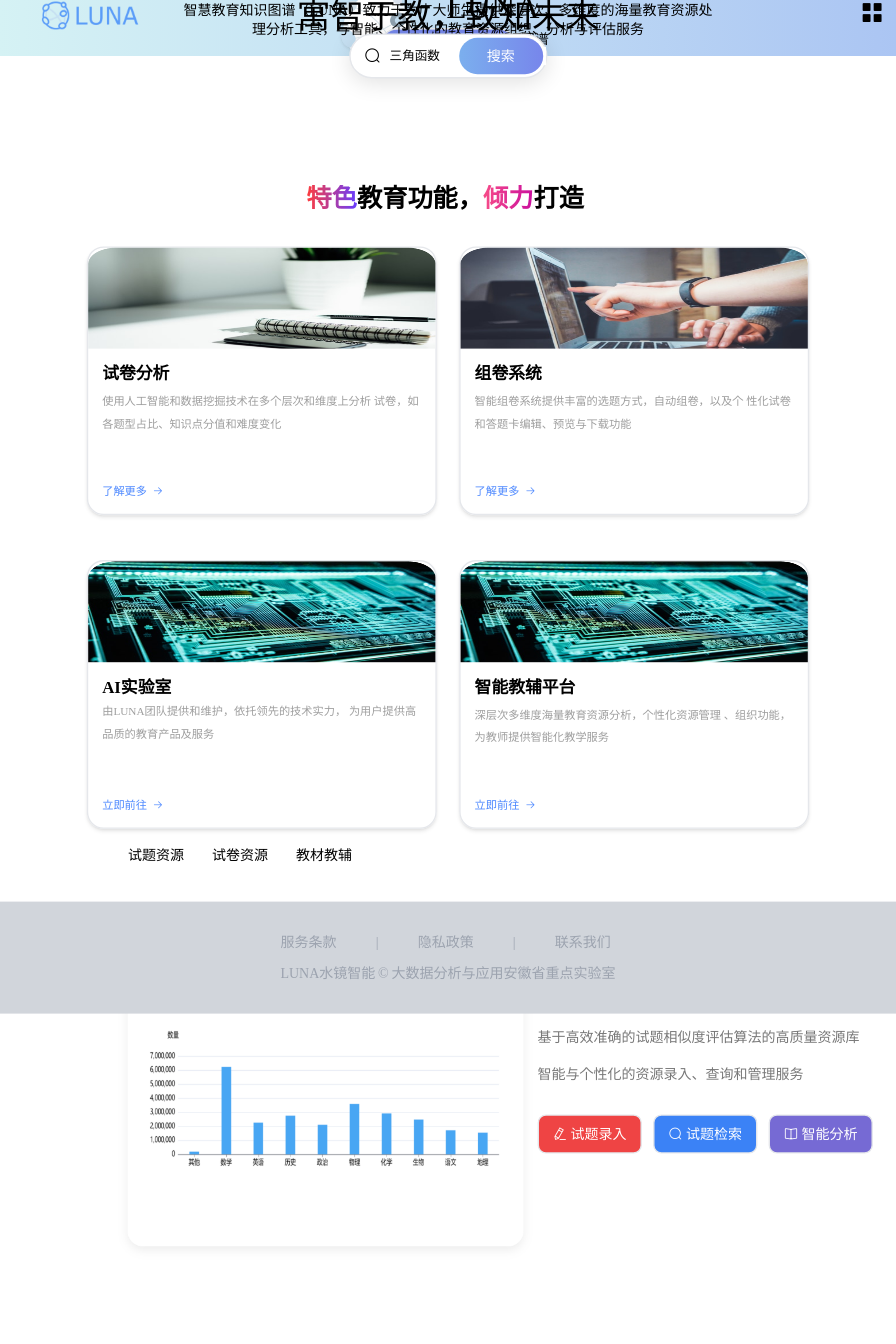
Repository: xydzy1/vue-start
Page: /
An editor plug-in stored every save of this project. The page is shown before and after the next save, followed by the edit.
The browser window is 1280 px wide. The pictures show the part of the page from y = 0 to 1920 px (the page is 3100 px tall), at 70% of full size.
The project was rebuilt for these pictures with package versions that can differ from the ones it lists, and the page was loaded fresh each time. Also part of the build but not shown: vite.config.js, vue.config.cjs, src/assets/part1.css.

Above is the page before, as saved 2023-08-11 17:40:57.

### index.html
<!doctype html>
<html lang="en">
  <head>
    <meta charset="UTF-8" />
    <link rel="icon" type="image/svg+xml" href="/vite.svg" />
    <meta name="viewport" content="width=device-width, initial-scale=1.0" />
    <title>Vite App</title>
  </head>
  <body>
    <div id="app"></div>
    <script type="module" src="./src/main.js"></script>
  </body>
</html>

### src/main.js
// main.js
import Vue from "vue";
import VueRouter from 'vue-router'
import router from './router'
import App from "./App.vue"
import axios from 'axios'
import './style/tailwind.css'
import ElementUI from "element-ui"
import 'element-ui/lib/theme-chalk/index.css'
import './assets/part1.css'



Vue.use(ElementUI)
Vue.use(VueRouter);

new Vue({
   router,
   el: "#app",
   render: (h) => h(App)
}).$mount();

### src/router/index.js
import Vue from 'vue'
import VueRouter from 'vue-router'

Vue.use(VueRouter)

const routes=[
    {
        path: '/',
        redirect: 'new_homepage',
    },
    {
        path: '/new_homepage',
        name: 'new_homepage',
        component: () => import('../components/main.vue'),
    },
    {
        path: '/hello',
        name: 'hello',
        component: () => import('../components/hello.vue'),
    }
]

const router = new VueRouter({
    mode: 'history',
    routes
  })

export default router

### src/App.vue
<template>
	<div>
		<router-view/>
	</div>
</template>

<script>

</script>

### src/components/main.vue
<template>
	<div class="font-Sara items-center overflow-x-hidden">
		<part1/>
		<part2/>
		<part3/>
		<part4/>
	</div>
</template>

<style scoped>

</style>

<script>
	import part1 from './all_part/part1.vue'
	import part2 from './all_part/part2.vue'
	import part3 from './all_part/part3.vue'
	import part4 from './all_part/part4.vue'
	export default{
		data() {
			return {}
		},
		methods:{},
		created(){
		},
		components:{part1,part2,part3,part4},
	}
	//导航栏响应滚动变色
	window.onscroll=function(){
		var topScroll =window.pageYOffset;
		console.log(topScroll)
		var nav=document.getElementById("nav");
		if(topScroll>120){
			nav.style.backgroundColor = 'rgba(255,255,255,0.75)';
			nav.style.backdropFilter = 'blur(24px)';
		}
		else{
			nav.style.backgroundColor = '';
			nav.style.backdropFilter = '';
		}
	}

</script>

### src/components/all_part/part1.vue
<template>
    <div>
        <div class="w-full max-w-1280 px-10 py-10 minw:px-5 minw:py-5 absolute flex items-center justify-center h-p1_1_nh minw:h-p1_1_wh bg-gradient-to-r from-p1_c3 from-0% via-p1_c2 via-45% to-p1_c1 to-100% bg-opacity-100">
			<div class="fixed flex flex-row top-0 w-full z-50 transition duration-300 py-nav_py" id="nav">
				<span class="flex-none pl-14">
					<img src="../../image/logo.png" class="w-36 h-11" >
				</span>
				<span class="flex-1"></span>
				<span class="hidden flex-none minw:flex flex-row flex-nowrap max-w-1280 mx-14 text-xl font-medium">
					<button class="pr-3 hover:text-blue-400">首页</button>
					<button class="pr-3 ml-6 hover:text-blue-400">功能</button>
					<button v-for="item in ['AI实验室','成员']" class="ml-6 pr-3 hover:text-blue-400">{{ item }}</button>
					<span class="ml-6 mt-2">|</span>
					<button class="ml-6 hover:text-blue-400 ">登录</button>
					<button class="border-login_cborder border-2 rounded-full pl-4 pr-4 ml-6 py-2 hover:text-blue-400 ">注册</button>
				</span>
				<span class="flex-1 minw:hidden">
					<button class="hover:text-blue-400 text-4xl absolute right-4"><i class="el-icon-menu"></i></button>
				</span>
			</div>
			<div class="absolute flex flex-row max-w-1280 bottom-logo_bottom">
				<span class="flex-none">
					<img src="../../image/logo2.png" class="w-32 h-32">
				</span>
				<span class="mx-3 py-2.5">
					<h1 class="text-5xl font-medium px-5">LUNA</h1>
					<h2 class="text-xl font-normal text-center max-w-760 mt-2">智慧教育知识图谱</h2>
				</span>
			</div>
			<div class="absolute flex flex-row shadow-p1_shadow max-w-1280 border-2 rounded-full w-auto minw:w-160 h-16 mx-15 minw:mx-0 bg-white items-center bottom-0 -bottom-8 z-40">
				<i class="el-icon-search text-2xl ml-5 mr-3 my-4.5"></i>
				<div class="w-search_frame_narrow minw:w-search_frame_wide">
					<input type="text" class="my-search_frame_my flex-none text-left text-4.5 font-medium w-search_frame_narrow minw:w-search_frame_wide flex-none outline-none z-1" placeholder="在此输入知识点名称" v-model="serchinfo">
				</div>
				<div class="absolute right-0 shadow-p1_shadow2 border-1 rounded-full px-0 py-0 mr-1">
					<button @click='hello' class="shadow-p1_shadow2 transition duration-300 text-center border-1 rounded-full px-10 py-3 z-2 text-white text-xl font-normal bg-gradient-to-r from-p1_cbutton1 to-p1_cbutton2">
					搜索
				</button>
				</div>
			</div>
		</div>
        <div class="w-full max-w-1280 absolute flex items-center justify-center h-p1_2_nh minw:h-p1_2_wh mt-p1_1_nh minw:mt-p1_1_wh">
			    <div class="absolute top-10">
				    <button @click="hello" class="transition duration-300 border-2 rounded-full pl-10 pr-10 pt-3 pb-3 bg-gradient-to-t from-p1_cbutton1 to-p1_cbutton2 text-white text-xl font-normal">
					    vue-router-api
				    </button>
			    </div>
			    <div class="flex-none absolute top-1/3 w-760 text-center text-5xl font-medium">
				    寓智于教，致知未来
			    </div>
			    <div class="flex-none absolute flex top-1/2 w-760 text-center text-xl font-normal">
					智慧教育知识图谱（LUNA）致力于为广大师生提供深层次、多维度的海量教育资源处理分析工具，与智能、个性化的教育资源组织、分析与评估服务
			    </div>
		</div>
    </div>
</template>


<style scoped>
	button:active{
		transform: scale(.95);
	}
	button:hover{
		filter: brightness(.9);
	}
</style>

<script>
    export default{
        name: 'part1',
        data() {
			return {
				serchinfo: '三角函数',
			}
		},
		methods:{
			hello() {
				this.$router.replace('/hello');
			},
		},
    }
</script>

### src/components/all_part/part2.vue
<template>
    <div class="container absolute flex items-center justify-center max-w-full h-1000 mt-1000">
			<div class="absolute top-0 left-1/3 xl:top-52 xl:left-3/5 flex-none basis-3/5">
					<span class="absolute top-28 w-125 text-4xl font-bold">
						<span class="bg-gradient-to-r from-p2_cword1_1 to-p2_cword1_2 inline-block bg-clip-text text-transparent">海量</span>
						<span >教学资源，</span>
						<span class="bg-gradient-to-r from-p2_cword2_1 to-p2_cword2_2 inline-block bg-clip-text text-transparent">智能</span>
						<span>处理</span>
					</span>
					<ul class="absolute top-52 w-125 text-xl font-normal text-p3_cword4">
						<li>海量标准化、体系化的教学资源</li>
						<li class="pt-6">基于高效准确的试题相似度评估算法的高质量资源库</li>
						<li class="pt-6">智能与个性化的资源录入、查询和管理服务</li>
					</ul>
					<span class="absolute flex flex-row top-96 w-125 text-xl text-white font-normal">
						<button class="bg-red-500 pt-3 pb-3 pl-5 pr-5 mr-4 border-2 rounded-xl"><i class="el-icon-edit"></i> 试题录入</button>
						<button class="bg-blue-500 pt-3 pb-3 pl-5 pr-5 mr-4 border-2 rounded-xl"><i class="el-icon-search"></i> 试题检索</button>
						<button class="bg-p2_cbutton pt-3 pb-3 pl-5 pr-5 border-2 rounded-xl"><i class="el-icon-reading"></i> 智能分析</button>
					</span>
			</div>
			<div class="absolute flex flex-row xl:top-52 top-125 left-1/3 xl:left-1/7 text-xl font-semibold">
				<button class="flex-none basis-1/3">试题资源</button>
				<button class="flex-none basis-1/3 pl-10">试卷资源</button>
				<button class="flex-none basis-1/3 pl-10">教材教辅</button>
			</div>
			<div class="absolute flex xl:top-72 top-140 left-1/4 xl:left-1/8 max-w-1280">
				<div class="flex-none basis-2/5">
					<img src="../../image/data.png" class="w-152.5 h-130">
				</div>
			</div>
	</div>
</template>

<script>
    export default{
        name: 'part2'
    }
</script>

### src/components/all_part/part3.vue
<template>
    <div class="container pt-45 pb-45 pl-20 pb-20 absolute flex flex-row max-w-full h-1500 xl:h-1000 mt-2100 bg-gradient-to-r from-p3_c1 to-p3_c2">
			<div class="xl:mt-41.5 xl:mb-41.5 xl:mr-41.5 xl:left-1/8 basis-2/5 flex-none absolute left-1/3">
				<div class="top-80 basis-2/5 flex flex-col">
					<span class="flex-none basis-1/5 w-125 h-8 text-4xl font-bold">
						<span class="bg-gradient-to-r from-p3_cword1_1 to-p3_cword1_2 inline-block bg-clip-text text-transparent">
							多元
						</span>
						<span>知识点，</span>
						<span class="bg-gradient-to-r from-p3_cword2_1 to-p3_cword2_2 inline-block bg-clip-text text-transparent">
							直观
						</span>
						<span>呈现</span>
					</span>
					<ul class="flex-none basis-3/5 text-xl font-normal mt-14 text-p3_cword4">
						<li>知识点智能化组织与展示</li>
						<li class="pt-6">结构清晰，辅助学生梳理知识</li>
						<li class="pt-6">前驱后继、共同学习和层级关系三种知识关系展示</li>
					</ul>
					<span class="flex-none basis-1/5 mt-10 text-white text-xl font-normal">
						<button class="bg-p3_cbutton pl-4 pr-6 pt-3 pb-3 border-2 rounded-xl"><i class="el-icon-right pr-2"></i>立即前往</button>
					</span>
				</div>
			</div>
			<div class="flex basis-3/5 items-center w-2/5 justify-center ml-10 mt-125 mb-11 pl-8 pr-8 absolute left-1/3 xl:left-1/2 xl:mt-11">
					<div class="flex-none px-8 flex flex-col border-2 rounded-3xl shadow-p3_shadow bg-white z-0">
						<span class="flex-none basis-3/5">
							<img src="../../image/triangle.png" class="w-114 h-80">
							<img src="../../image/triangle2.png" class="relative left-2/3 w-16 h-28">
						</span>
						<span class="basis-2/5 pb-8 mt-8 flex flex-col flex-none">
							<span class="text-2xl font-bold basis-2/5">三角函数</span>
							<span class="text-xl font-normal basis-1/5 text-p3_cword3 mt-6 leading-8">
								<p>三角函数是基本初等函数之一，是以角度（数学上最常</p>
								<p>用弧度制，下同）为自变量，角度对应任意角终边与单</p>
								<p>位圆交点坐标或其比值为因变量的函数...</p>
							</span>
						</span>
					</div>
			</div>
	</div>
</template>

<script>
    export default{
        name: 'part2'
    }
</script>

### src/components/all_part/part4.vue
<template>
    <div class="transtion duration-200 ease-in-out">
        <div class="py-66 px-20 absolute flex flex-col w-full max-w-1280 h-auto md:h-1160 mt-p4_mt2 minw:mt-p4_mt1 items-center justify-center">
			<div class="flex-none flex text-4xl ml-24 minw:ml-0 font-bold w-125 ">
				<span class="bg-gradient-to-r from-p4_cword1_1 to-p4_cword1_2 inline-block bg-clip-text text-transparent">
					特色
				</span>
				<span>教育功能，</span>
				<span class="bg-gradient-to-r from-p4_cword2_1 to-p4_cword2_2 inline-block bg-clip-text text-transparent">
					倾力
				</span>
				<span>打造</span>
			</div>
			<div class="flex flex-col minw:flex-row mt-12">
				<div class="flex-none flex flex-col md:flex-row">
					<div class="relative transform hover:-translate-y-4 flex-none flex flex-col w-125 minw:w-72 h-96 border-2 rounded-3xl shadow-md mx-4">
						<span>
							<img src="../../image/p4-1.png" class="w-full minw:w-72 h-36 hover:mt-4">
						</span>
						<span class="text-2xl font-bold mt-5 mx-5">试卷分析</span>
						<span class="text-p3_cword3 leading-8 mt-2 mx-5 font-normal">
							<p>使用人工智能和数据挖掘技术在多个层次和维度上分析
							试卷，如各题型占比、知识点分值和难度变化</p>
						</span>
						<span class="absolute bottom-5">
							<button class="text-p4_cbutton pl-5 pt-2">了解更多<i class="el-icon-right pl-2"></i></button>
						</span>
					</div>
					<div class="relative transform hover:-translate-y-4 flex-none flex flex-col w-125 minw:w-72 h-96 border-2 rounded-3xl shadow-md mx-4 mt-16 md:mt-0">
						<span>
							<img src="../../image/p4-2.png" class="w-full minw:w-72 h-36">
						</span>
						<span class="text-2xl font-bold mt-5 mx-5">组卷系统</span>
						<span class="text-p3_cword3 leading-8 mt-2 mx-5 font-normal">
							<p>智能组卷系统提供丰富的选题方式，自动组卷，以及个
								性化试卷和答题卡编辑、预览与下载功能</p>
						</span>
						<span class="absolute bottom-5">
							<button class="text-p4_cbutton pl-5 pt-2">了解更多<i class="el-icon-right pl-2"></i></button>
						</span>
					</div>
				</div>
				<div class="flex flex-col md:flex-row">
					<div class="relative transform hover:-translate-y-4 flex-none flex flex-col w-125 minw:w-72 h-96 border-2 rounded-3xl shadow-md mx-4 mt-16 minw:mt-0">
						<span>
							<img src="../../image/p4-3.png" class="w-full minw:w-72 h-36">
						</span>
						<span class="p-5">
							<span class="text-2xl font-bold">AI实验室</span>
							<span class="text-p3_cword3 leading-8 mt-2 font-normal">
								<p>由LUNA团队提供和维护，依托领先的技术实力，
									为用户提供高品质的教育产品及服务</p>
							</span>
							<span class="absolute bottom-5">
								<button class="text-p4_cbutton pt-2">立即前往<i class="el-icon-right pl-2"></i></button>
							</span>
						</span>
					</div>
					<div class="relative transform hover:-translate-y-4 flex-none flex flex-col w-125 minw:w-72 h-96 border-2 rounded-3xl shadow-md mx-4 mt-16 minw:mt-0">
						<span>
							<img src="../../image/p4-3.png" class="w-full minw:w-72 h-36">
						</span>
						<span class="text-2xl font-bold mt-5 mx-5">智能教辅平台</span>
						<span class="text-p3_cword3 leading-8 mt-2 mx-5 font-normal">
							<p>深层次多维度海量教育资源分析，个性化资源管理
								、组织功能，为教师提供智能化教学服务</p>
						</span>
						<span class="absolute bottom-5">
							<button class="text-p4_cbutton pl-5 pt-2">立即前往<i class="el-icon-right pl-2"></i></button>
						</span>
					</div>
				</div>
			</div>
			<div class="w-full max-w-1280 py-8 px-72 absolute bottom-0 flex h-40 bg-gray-300 items-center justify-center">
			<div class="flex-none flex flex-col">
				<span class="flex flex-row text-gray-400 text-xl font-normal">
					<span>服务条款</span>
					<span class="ml-14">|</span>
					<span class="ml-14">隐私政策</span>
					<span class="ml-14">|</span>
					<span class="ml-14">联系我们</span>
				</span>
				<span class="flex flex-row text-gray-400 text-xl font-normal pt-4">
					<span>LUNA水镜智能</span>
					<span class="ml-1">©</span>
					<span class="ml-1">大数据分析与应用安徽省重点实验室</span>
				</span>
			</div>
			</div>
		</div>
    </div>
</template>

<script>
    export default{
        name: 'part2'
    }
</script>

### tailwind.config.cjs
module.exports = {
  purge: ['./index.html', './src/**/*.{vue,js,ts,jsx,tsx}'],
  darkMode: false, // or 'media' or 'class'
  theme: {
    extend: {
      colors: {
        //background color
        p1_c1: '#ABC5F3',
        p1_c2: '#C2DEF4',
        p1_c3: '#D5F2F4',
        p3_c1: '#FFF5F5',
        p3_c2: '#DDE2F6',
        //button color
        login_cborder: '#313131',
        p1_cbutton1: '#7BAFEE',
        p1_cbutton2: '#7786EB',
        p2_cbutton: '#766AD4',
        p3_cbutton: '#6291C4',
        p4_cbutton: '#4E89FF',
        //text color
        p2_cword1_1: '#FF4848',
        p2_cword1_2: '#F0BC2D',
        p2_cword2_1: '#4CC1F7',
        p2_cword2_2: '#1A52EE',
        p3_cword1_1: '#23A1CB',
        p3_cword1_2: '#3AF4EB',
        p3_cword2_1: '#F74CBE',
        p3_cword2_2: '#1A52EE',
        p3_cword3: '#9E9E9E',
        p3_cword4: '#787878',
        p4_cword1_1: '#FF3C3C',
        p4_cword1_2: '#663CFF',
        p4_cword2_1: '#F74C88',
        p4_cword2_2: '#CA0F9E',
      },
      container: {
        center: true,
        padding: '10px',
      },
      boxShadow: {
        'p1_shadow': '0px 6px 32px 0px rgba(0, 0, 0, 0.12)',
        'p3_shadow': '0px 4px 12px 0px rgba(0, 0, 0, 0.06)',
      },
      spacing:{
        '11': '44px',
        '15': '60px',
        '41.5': '166px',
        '45': '180px',
        '66': '264px',
        '110': '440px',
        '114': '456px',
        '125': '500px',
        '130': '520px',
        '140': '560px',
        '152.5': '610px',
        '160': '640px',
        '760': '760px',
        '1000': '1000px',
        '1280': '1280px',
        '1500': '1500px',
        '2100': '2100px',
        '3100': '3100px',
        '3600': '3600px',
        '4100': '4100px',
        '4600': '4600px',
        '3/5': '60%',
        '1/7': '14.2857143%',
        '1/8': '12.5%',
      },
      flexBasis: {
        '1/7': '14.2857143%',
        '2/7': '28.5714286%',
        '4/7': '57.1428571%',
      },
      fontFamily: {
        'Sara': ['Sarasa Gothic SC'],
      },
      fontSize: {
        '4.5': ['18px', '26px'],
      },
      lineHeight: {
        '12': '3rem'
      }
    },
  },
  variants: {
    extend: {},
  },
  plugins: [],
}

Loaded but not shown: src/style/tailwind.css (common file)

After the next save:
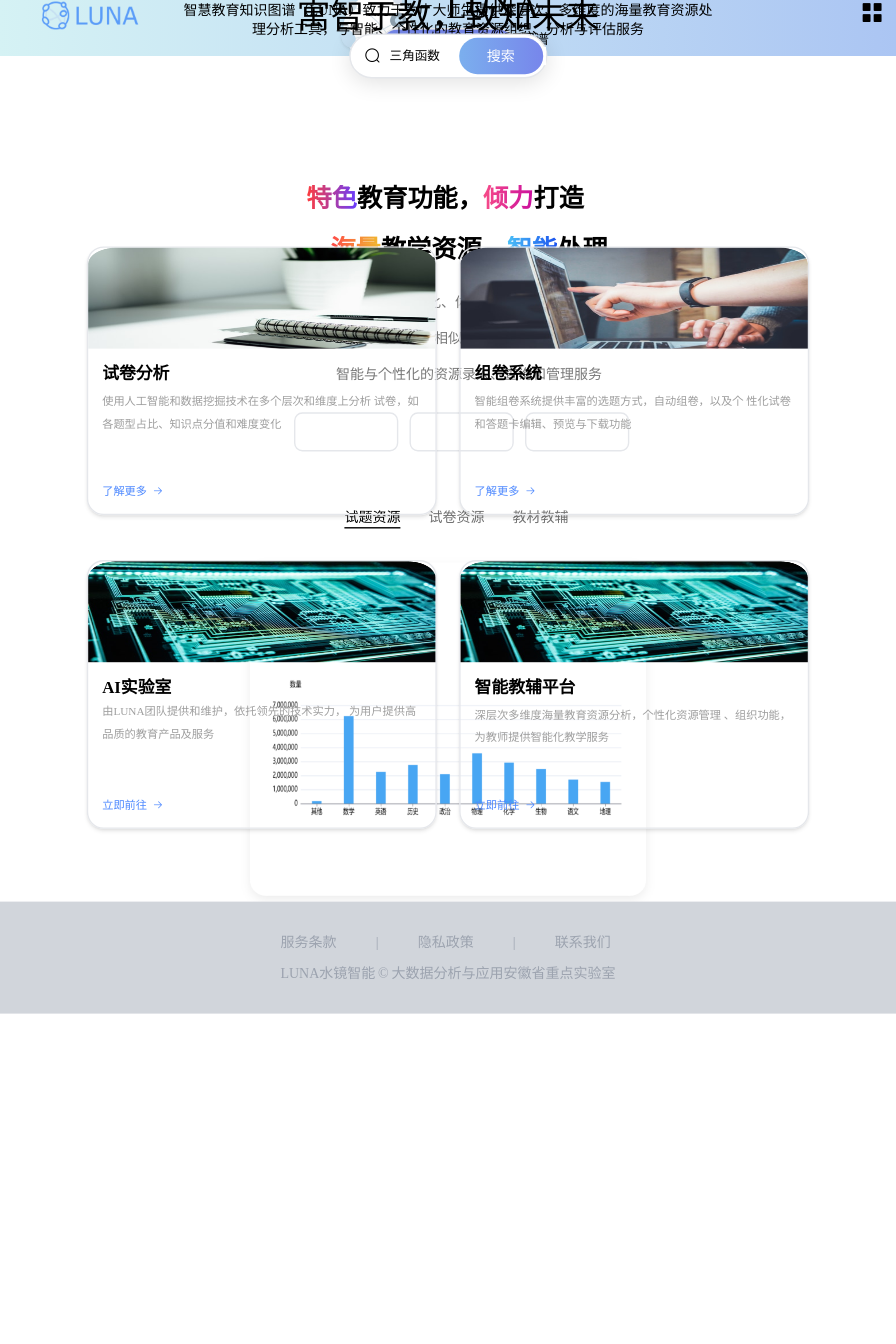
Saved 64 s later.
--- a/src/components/all_part/part2.vue
+++ b/src/components/all_part/part2.vue
@@ -1,31 +1,46 @@
 <template>
-    <div class="container absolute flex items-center justify-center max-w-full h-1000 mt-1000">
-			<div class="absolute top-0 left-1/3 xl:top-52 xl:left-3/5 flex-none basis-3/5">
-					<span class="absolute top-28 w-125 text-4xl font-bold">
+    <div class="absolute w-full max-w-1280 flex items-center justify-center h-1500 minw:h-1000 mt-p2_mt px-10 minw:px-20 py-50">
+			<div class="flex flex-col-reverse minw:flex-row flex-none items-center justify-center">
+				<div class="flex flex-col items-center justify-center minw:items-stretch mt-20 minw:mt-0">
+					<div class="flex flex-row text-xl font-semibold ml-6">
+						<div class="flex flex-col" id="b1">
+							<button class="flex-none" @click="c1">试题资源</button>
+							<p class="w-auto h-0.5 bg-black" id="l1"></p>
+						</div>
+						<p class="w-10"></p>
+						<div class="flex flex-col" id="b2">
+							<button class="flex-none" @click="c2">试卷资源</button>
+							<p class="w-auto h-0.5 bg-black" id="l2"></p>
+						</div>
+						<p class="w-10"></p>
+						<div class="flex flex-col" id="b3">
+							<button class="flex-none" @click="c3">教材教辅</button>
+							<p class="w-auto h-0.5 bg-black" id="l3"></p>
+						</div>
+					</div>
+					<div class="flex items-center justify-center mt-8">
+						<div class="flex-none">
+							<img src="../../image/data.png" class="w-152.5 h-130">
+						</div>
+					</div>
+				</div>
+				<div class="flex flex-col mt-36 ml-15">
+					<span class="w-125 text-4xl font-bold text-center minw:text-left">
 						<span class="bg-gradient-to-r from-p2_cword1_1 to-p2_cword1_2 inline-block bg-clip-text text-transparent">海量</span>
 						<span >教学资源，</span>
 						<span class="bg-gradient-to-r from-p2_cword2_1 to-p2_cword2_2 inline-block bg-clip-text text-transparent">智能</span>
 						<span>处理</span>
 					</span>
-					<ul class="absolute top-52 w-125 text-xl font-normal text-p3_cword4">
+					<ul class="w-125 text-xl font-normal text-p3_cword4 mt-10 text-center minw:text-left">
 						<li>海量标准化、体系化的教学资源</li>
 						<li class="pt-6">基于高效准确的试题相似度评估算法的高质量资源库</li>
 						<li class="pt-6">智能与个性化的资源录入、查询和管理服务</li>
 					</ul>
-					<span class="absolute flex flex-row top-96 w-125 text-xl text-white font-normal">
-						<button class="bg-red-500 pt-3 pb-3 pl-5 pr-5 mr-4 border-2 rounded-xl"><i class="el-icon-edit"></i> 试题录入</button>
-						<button class="bg-blue-500 pt-3 pb-3 pl-5 pr-5 mr-4 border-2 rounded-xl"><i class="el-icon-search"></i> 试题检索</button>
-						<button class="bg-p2_cbutton pt-3 pb-3 pl-5 pr-5 border-2 rounded-xl"><i class="el-icon-reading"></i> 智能分析</button>
+					<span class="flex flex-row w-125 text-xl text-white font-normal mt-10">
+						<button class="bg-p2_cbutton2 pt-3 pb-3 pl-5 pr-5 mr-4 border-2 rounded-xl"><i class="el-icon-edit"></i> 试题录入</button>
+						<button class="bg-p2_cbutton3 pt-3 pb-3 pl-5 pr-5 mr-4 border-2 rounded-xl"><i class="el-icon-search"></i> 试题检索</button>
+						<button class="bg-p2_cbutton1 pt-3 pb-3 pl-5 pr-5 border-2 rounded-xl"><i class="el-icon-reading"></i> 智能分析</button>
 					</span>
-			</div>
-			<div class="absolute flex flex-row xl:top-52 top-125 left-1/3 xl:left-1/7 text-xl font-semibold">
-				<button class="flex-none basis-1/3">试题资源</button>
-				<button class="flex-none basis-1/3 pl-10">试卷资源</button>
-				<button class="flex-none basis-1/3 pl-10">教材教辅</button>
-			</div>
-			<div class="absolute flex xl:top-72 top-140 left-1/4 xl:left-1/8 max-w-1280">
-				<div class="flex-none basis-2/5">
-					<img src="../../image/data.png" class="w-152.5 h-130">
 				</div>
 			</div>
 	</div>
@@ -33,6 +48,58 @@
 
 <script>
     export default{
-        name: 'part2'
-    }
+        name: 'part2',
+		data(){
+			return{
+
+			}
+		},
+		methods:{
+			c1(){
+				var b1=document.getElementById('b1');
+				var b2=document.getElementById('b2');
+				var b3=document.getElementById('b3');
+				var l1=document.getElementById('l1');
+				var l2=document.getElementById('l2');
+				var l3=document.getElementById('l3');
+				b1.style.color='#000000';
+				b2.style.color='#707070';
+				b3.style.color='#707070';
+				l1.style.display='';
+				l2.style.display='none';
+				l3.style.display='none';
+			},
+			c2(){
+				var b1=document.getElementById('b1');
+				var b2=document.getElementById('b2');
+				var b3=document.getElementById('b3');
+				var l1=document.getElementById('l1');
+				var l2=document.getElementById('l2');
+				var l3=document.getElementById('l3');
+				b1.style.color='#707070';
+				b2.style.color='#000000';
+				b3.style.color='#707070';
+				l1.style.display='none';
+				l2.style.display='';
+				l3.style.display='none';
+			},
+			c3(){
+				var b1=document.getElementById('b1');
+				var b2=document.getElementById('b2');
+				var b3=document.getElementById('b3');
+				var l1=document.getElementById('l1');
+				var l2=document.getElementById('l2');
+				var l3=document.getElementById('l3');
+				b1.style.color='#707070';
+				b2.style.color='#707070';
+				b3.style.color='#000000';
+				l1.style.display='none';
+				l2.style.display='none';
+				l3.style.display='';
+			}
+		},
+		mounted(){
+			this.c1();
+		}
+	}
 </script>
